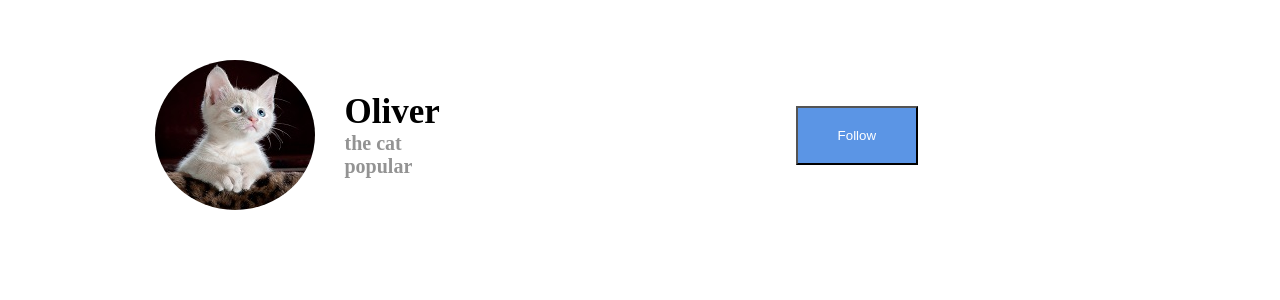
Repository: arifshahriyarnader/css-flexbox
Page: Exercise 4/index.html
An editor plug-in stored every save of this project. The page is shown before and after the next save, followed by the edit.
The browser window is 1280 px wide. The pictures show the whole page.

Above is the page before, as saved 2024-06-21 11:43:40.

### Exercise 4/index.html
<!DOCTYPE html>
<html lang="en">
<head>
    <meta charset="UTF-8">
    <meta name="viewport" content="width=device-width, initial-scale=1.0">
    <title>Document</title>
    <link rel="stylesheet" href="css/style.css">
</head>
<body>
        <div class="follow">
            <img src="images/cat1.jpg" alt="cat 1" class="follow_img">
            <div class="follow_content">
                <h3>Oliver</h3>
                <p>the cat</p>
                <p>popular</p>

            </div>
            <div></div>
            <div></div>
            <div></div>
            <div></div>
            <div></div>
            <div></div>
            <div></div>
            <div></div>
            <div></div>
            <div></div>
            <div></div>
            <button type="submit" class="btn">Follow</button>
            <div></div>
            <div></div>
            <div></div>
            <div></div>
            <div></div>
            <div></div>
            <div></div>
            <div></div>
            <div></div>
        </div>

</body>
</html>

### Exercise 4/css/style.css
*{
    margin:0;
    padding: 0;
    box-sizing: border-box;
}
.follow{
    display: flex;
    align-items: center;
    justify-content: space-around;
    margin:60px 80px;
}
.follow_img{
    border-radius: 50%;
    margin-left: 60px;
}
.follow_content h3{
    font-size: 35px;

}

.follow_content p{
    color:#939393;
    font-size: 20px;
    font-weight: bold;
}

.btn{
    background-color: #5B95E5;
    color: #fff;
    padding: 20px 40px;
}

After the next save:
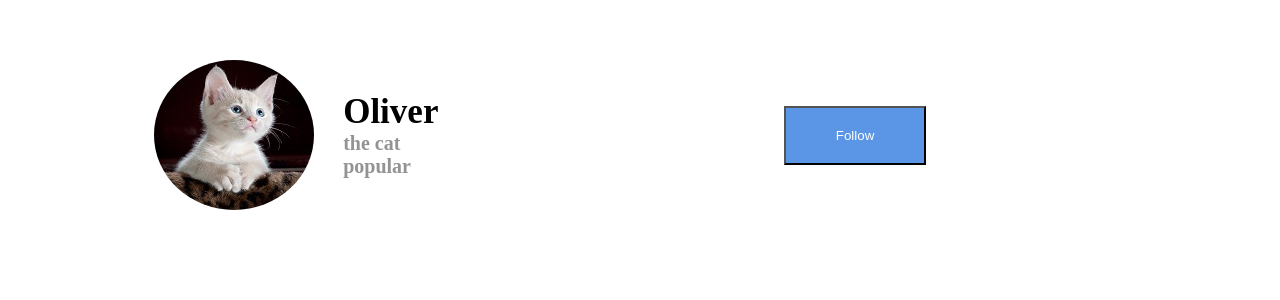
Saved 11 s later.
--- a/Exercise 4/css/style.css
+++ b/Exercise 4/css/style.css
@@ -27,5 +27,5 @@
 .btn{
     background-color: #5B95E5;
     color: #fff;
-    padding: 20px 40px;
+    padding: 20px 50px;
 }
